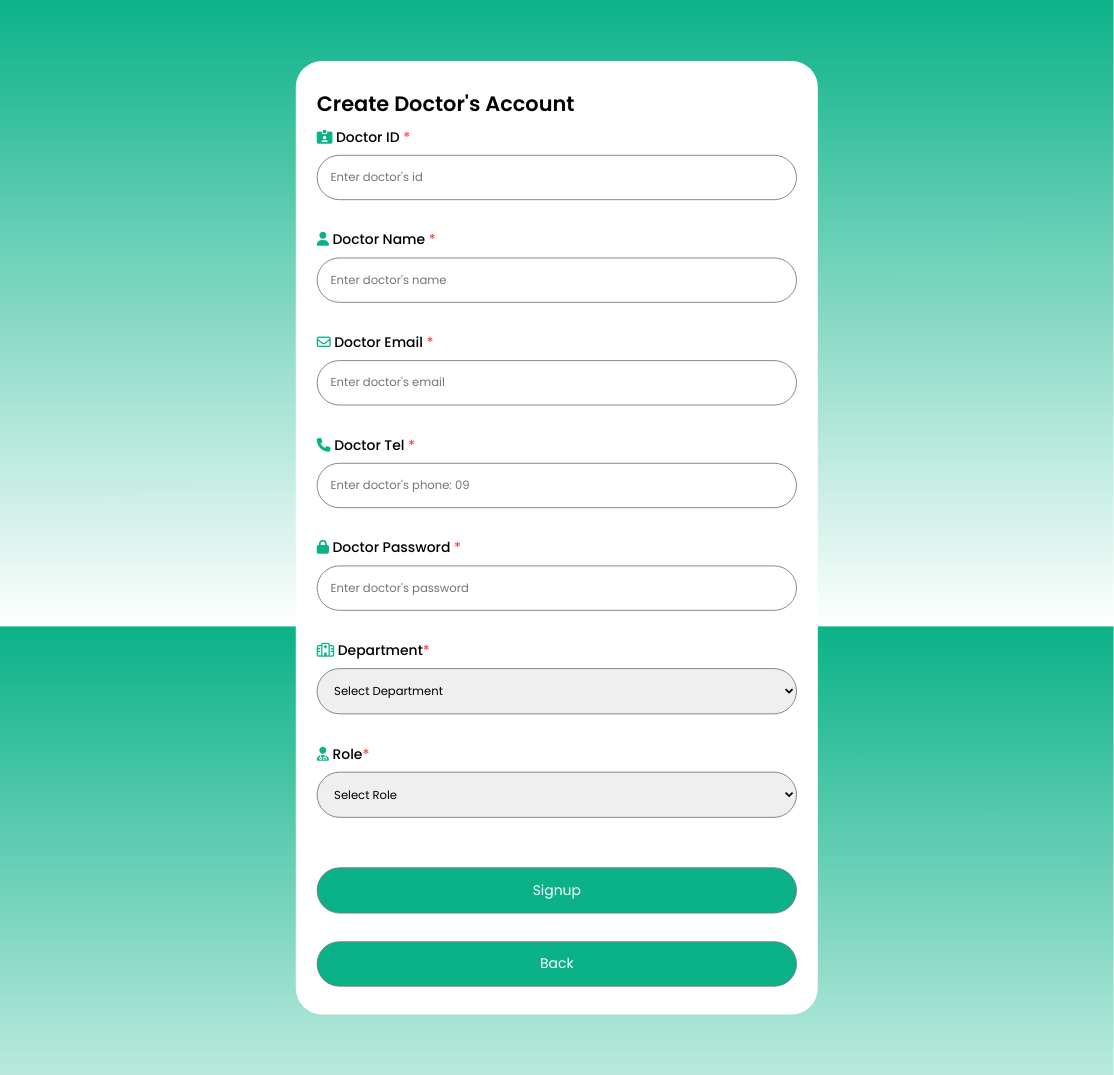
Repository: theonlymono/FitfinityHealthcareWebsiteJ2EE
Page: http://localhost/Fitfinity/drSignUp.jsp
The author's editor kept a copy of each file at every save. The page is drawn from the files as they stood at one save, then again after the next save.
The browser window is 1280 px wide. The pictures show the whole page, at 87% of full size.
Backgrounds fixed to the window are drawn as part of the page. The page is served by Tomcat 9.

Above is the page before, as saved 2024-02-27 17:26:50.

After the next save:
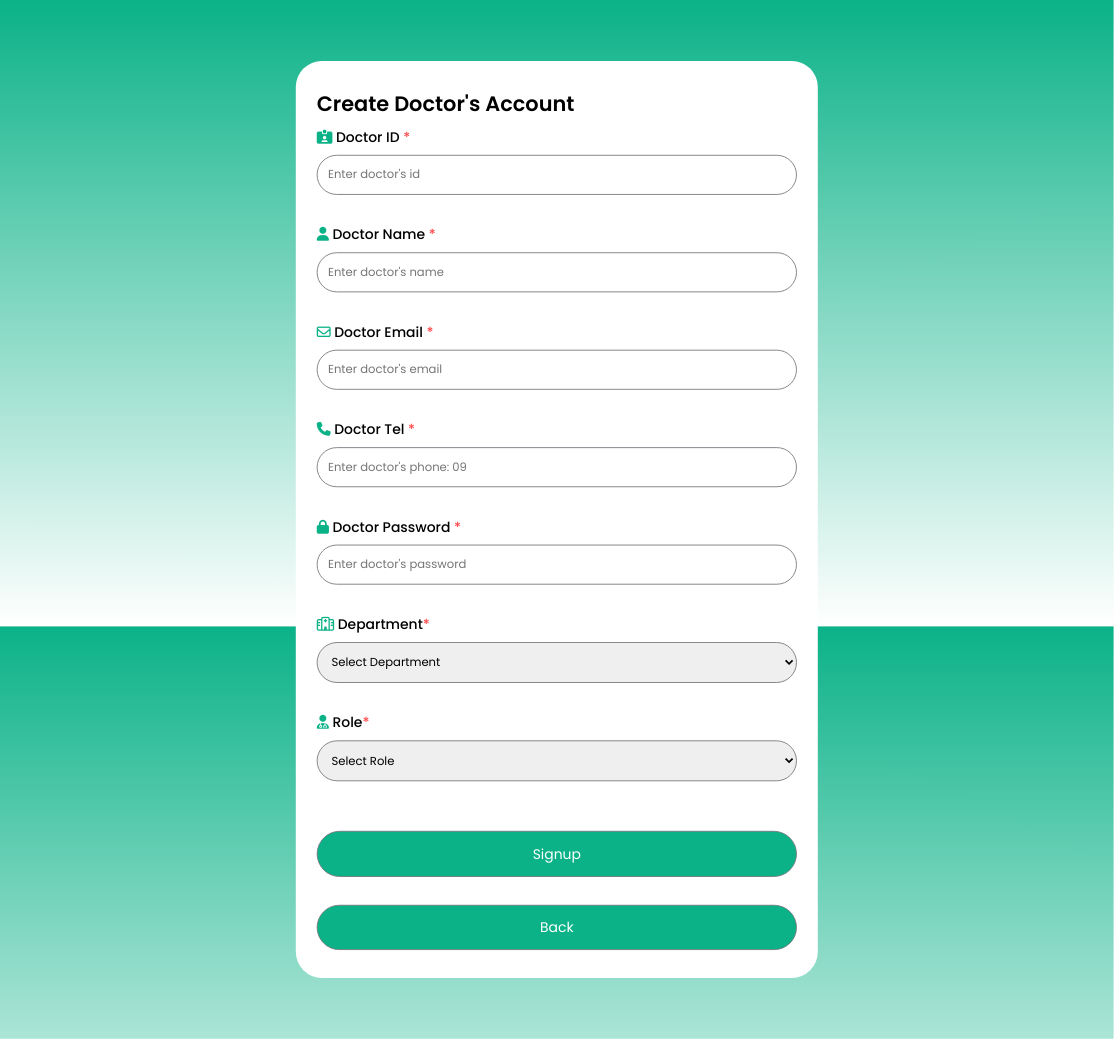
Saved 7 s later.
--- a/fitfinity/Fitfinity/WebContent/drSignUp.jsp
+++ b/fitfinity/Fitfinity/WebContent/drSignUp.jsp
@@ -63,7 +63,7 @@
             outline: none;
             border: 1px solid #75777d;
             width: 100%;
-            padding: 15px;
+            padding: 12px;
             border-radius: 30px;
         }
 
